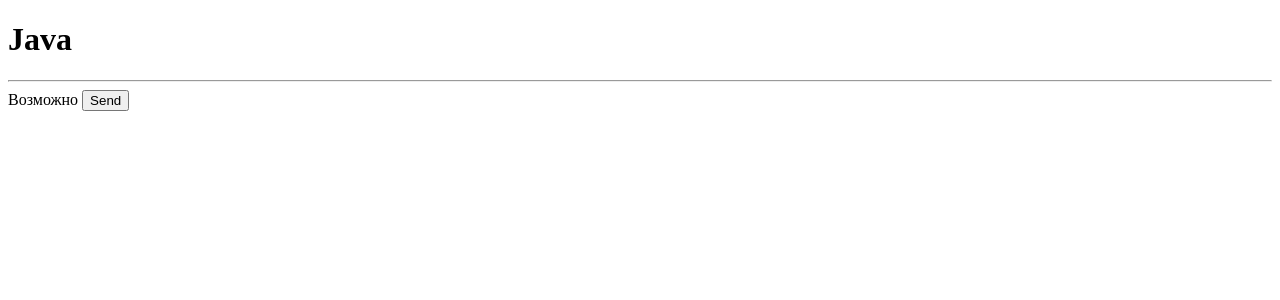
Repository: vadhub/JSP-Service
Page: http://localhost/JSPage/index.jsp
An editor plug-in stored every save of this project. The page is shown before and after the next save, followed by the edit.
The browser window is 1280 px wide. The pictures show the whole page.
The page is served by Tomcat 9. Other server files are loaded and not shown.

Above is the page before, as saved 2019-07-21 03:56:24.

### JSPage/WebContent/index.jsp
<%@ page language="java" contentType="text/html; charset=UTF-8" pageEncoding="UTF-8"%>
<!DOCTYPE html>
<html>
<head>
<meta charset="UTF-8">
<title>Service</title>
</head>
<body>
<h1>Java</h1>

<hr/>
<%!String answers[] = {"Да", "Нет", "Возможно"}; %>
<%!int i = (int) (Math.random()*3); %>
<%= answers[i]%>

<input type ="submit" value="Send"/>
</body>
</html>

After the next save:
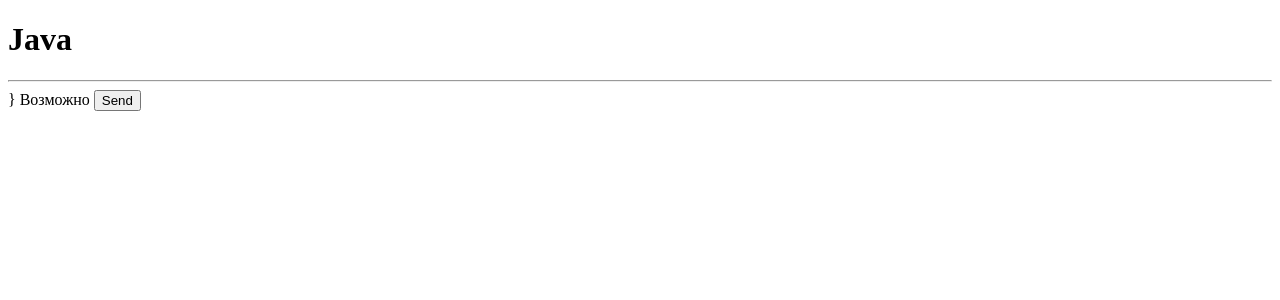
Saved 8 min 5 s later.
--- a/JSPage/WebContent/index.jsp
+++ b/JSPage/WebContent/index.jsp
@@ -11,6 +11,8 @@
 <hr/>
 <%!String answers[] = {"Да", "Нет", "Возможно"}; %>
 <%!int i = (int) (Math.random()*3); %>
+<%!public String prt(){ return answers[i];}%>
+}
 <%= answers[i]%>
 
 <input type ="submit" value="Send"/>
